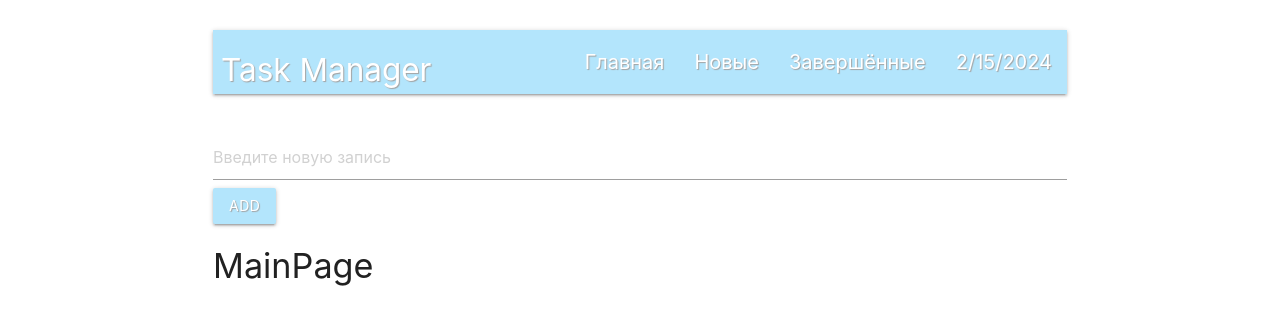
Repository: iveivs/myReactTaskManager
Page: /
The author's editor kept a copy of each file at every save. The page is drawn from the files as they stood at one save, then again after the next save.
The browser window is 1280 px wide. The pictures show the whole page.
The project was rebuilt for these pictures with package versions that can differ from the ones it lists, and the page was loaded fresh each time. Also part of the build but not shown: vite.config.js, src/components/DoneTasks.jsx, src/components/NewTasks.jsx.

Above is the page before, as saved 2024-02-15 15:16:31.

### index.html
<!doctype html>
<html lang="en">
  <head>
    <meta charset="UTF-8" />
    <link rel="icon" type="image/svg+xml" href="/vite.svg" />
    <meta name="viewport" content="width=device-width, initial-scale=1.0" />
    <link rel="stylesheet" href="https://cdnjs.cloudflare.com/ajax/libs/materialize/1.0.0/css/materialize.min.css">
    <link href="https://fonts.googleapis.com/icon?family=Material+Icons" rel="stylesheet">
    <title>Task Manager</title>
  </head>
  <body>
    <div id="root"></div>
    <script type="module" src="/src/main.jsx"></script>
  </body>
</html>

### src/main.jsx
import React from 'react'
import ReactDOM from 'react-dom/client'
import { BrowserRouter } from 'react-router-dom';
import App from './App.jsx'
import './index.css'

ReactDOM.createRoot(document.getElementById('root')).render(
  <BrowserRouter>
    <App />
  </BrowserRouter>,
)

### src/App.jsx
import { useState, useEffect } from 'react'
import { Routes, Route } from 'react-router-dom'
import './App.css'
import DoneTasks from './components/DoneTasks'
import Header from './components/Header'
import MainPage from './components/MainPage'
import NewTasks from './components/NewTasks'
import { DataContext } from './components/DataContext'

function App() {
  const [input, setInput] = useState('')
  const [tasks, setTasks] = useState()


  // localStorage.setItem('tasks', JSON.stringify(tasks))
  const renderLocalStorageData = () => {
    const data = localStorage.getItem("tasks")
    console.log(data);
    if (data) {
        return JSON.parse(data);
    } else {
        return []
    }
}

useEffect(()=> {
  setTasks(renderLocalStorageData)
}, [])

  const handleChange = (event) => {
    setInput(event.target.value)
  }

  const handleClick = () => {
    let id = tasks.length > 0 ? tasks[tasks.length - 1].id + 1 : 1
    const newTask = {
      task: input,
      id: id
    }
    // console.log('newTask',newTask);

    setTasks([...tasks, newTask])

    localStorage.setItem('tasks', JSON.stringify(tasks))

    setInput('')
    console.log('tasks',tasks);
  }

  return (
    <>
    <DataContext.Provider value={{
      tasks,
      setTasks
    }}>
      <div className="container">
        <Header  />
        <input
          placeholder='Введите новую запись'
          className='inputMain'
          value={input}
          onChange={(e) => handleChange(e)}
          type="text" />
        <button className='btn light-blue lighten-4' onClick={handleClick}>ADD</button>
        <Routes>
          <Route index element={<MainPage />} />
          <Route path="/new" element={<NewTasks />} />
          <Route path="/done" element={<DoneTasks  />} />
        </Routes>

        {/* { input && <h4>{input}</h4> } */}
        {/* { tasks && (
          tasks.map(e => <p key={e}>task: {e}</p>)
        )} */}
      </div>
      </DataContext.Provider>
    </>
  )
}

export default App

### src/index.css

.nav-wrapper {
    padding-left: 8px;
    text-shadow: 1px 1px 1px #a3a3a3;
    /* display: flex ;
    flex-direction: row;
    justify-content: space-between;
    align-items: center; */
}
.nav-wrapper ul li {
    font-size: 24px !important;
}
.listItem{
    font-size: 18px !important;
}
.btn {
    text-shadow: 1px 1px 1px #a3a3a3;

}
.inputMain {
    margin-top: 40px !important ;
}
/* nav {
    background-color: #b3e5fc
} */

### src/App.css
#root {
  max-width: 1280px;
  margin: 0 auto;
  padding: 2rem;

}

### src/components/Header.jsx
import { Link } from "react-router-dom";
import DateElement from "./DateElement";

export default function Header() {
    return (
        <nav className="light-blue lighten-4">
            <div className="nav-wrapper">
                <h4 className="brand-logo">
                    Task Manager
                </h4>
                {/* <* id="nav-mobile" className="right hide-on-med-and-down"> */}
                <ul className="right">
                    <li className="listItem" >
                        <Link style={{fontSize: '20px'}} to="/">Главная</Link>
                    </li>
                    <li>
                        <Link style={{fontSize: '20px'}} to="/new">Новые</Link>
                    </li>
                    <li>
                        <Link style={{fontSize: '20px'}} to="/done">Завершённые</Link>
                    </li>
                    <li >
                        <Link style={{fontSize: '20px'}}> {<DateElement  />}</Link>
                    </li>

                </ul>

            </div>
        </nav>
    );
}

// export default function Header() {
//     document.addEventListener('DOMContentLoaded', function() {
//         const elems = document.querySelectorAll('.sidenav');
//         var instances = M.Sidenav.init(elems, options);
//     });

//     return (
//         <>
//             <nav>
//                 <div className="nav-wrapper">
//                     <a href="#!" className="brand-logo">Logo</a>
//                     <a href="#" data-target="mobile-demo" className="sidenav-trigger"><i className="material-icons">menu</i></a>
//                     <ul className="right hide-on-med-and-down">
//                         <li>
//                             <Link to="/">Главная</Link>
//                         </li>
//                         <li>
//                             <Link to="/new">Новые</Link>
//                         </li>
//                         <li>
//                             <Link to="/done">Завершённые</Link>
//                         </li>
//                         <li>
//                             <DateElement  />
//                         </li>
//                     </ul>
//                 </div>
//             </nav>

//             <ul className="sidenav" id="mobile-demo">
//                 <li>Sass</li>
//                 <li><a href="badges.html">Components</a></li>
//                 <li><a href="collapsible.html">Javascript</a></li>
//                 <li><a href="mobile.html">Mobile</a></li>
//             </ul>
//         </>

//     );
// }

### src/components/MainPage.jsx
import { useEffect } from "react"
import { DataContext } from "./DataContext"
import { useContext } from "react"

export default function MainPage () {
    const { tasks } = useContext(DataContext)
    // console.log(tasks);
    return (
        <div>
            <h4>MainPage</h4>
            { tasks && (
                tasks.map(task => (
                    <p key={task.id }>main task test: {task.task}</p>
                ))
            )}
        </div>
    )
}

### src/components/DataContext.js
import { createContext } from "react"
const initialState = {
    tasks: [],
    loading: false,
    setTasks: () => {
    }
}

export const DataContext = createContext(initialState)

### src/components/DateElement.jsx
import { useEffect, useState } from "react"

export default function DateElement () {
    const [now, setNow] = useState(new Date())

    useEffect
    return (
        <>

            {/* <p>{now.toLocaleDateString()}</p> */}
            {now.toLocaleDateString()}

        </>
    )
}

After the next save:
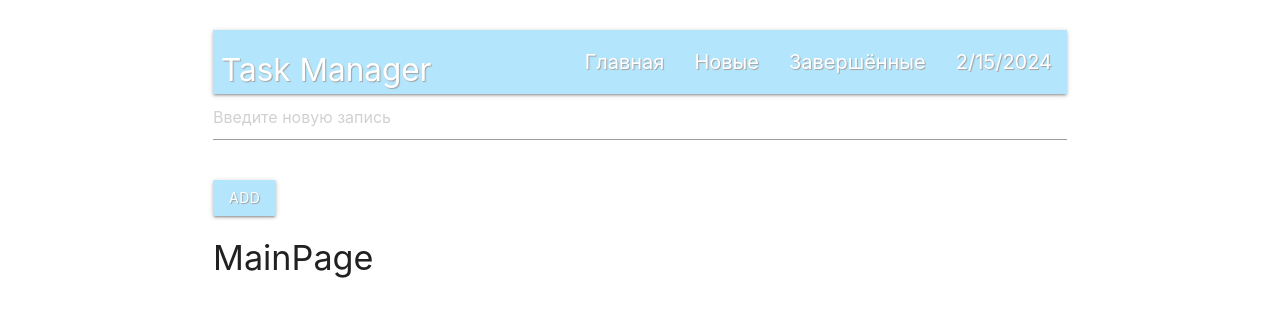
Saved 9 s later.
--- a/src/index.css
+++ b/src/index.css
@@ -18,7 +18,7 @@
 
 }
 .inputMain {
-    margin-top: 40px !important ;
+    margin-bottom: 40px !important ;
 }
 /* nav {
     background-color: #b3e5fc
